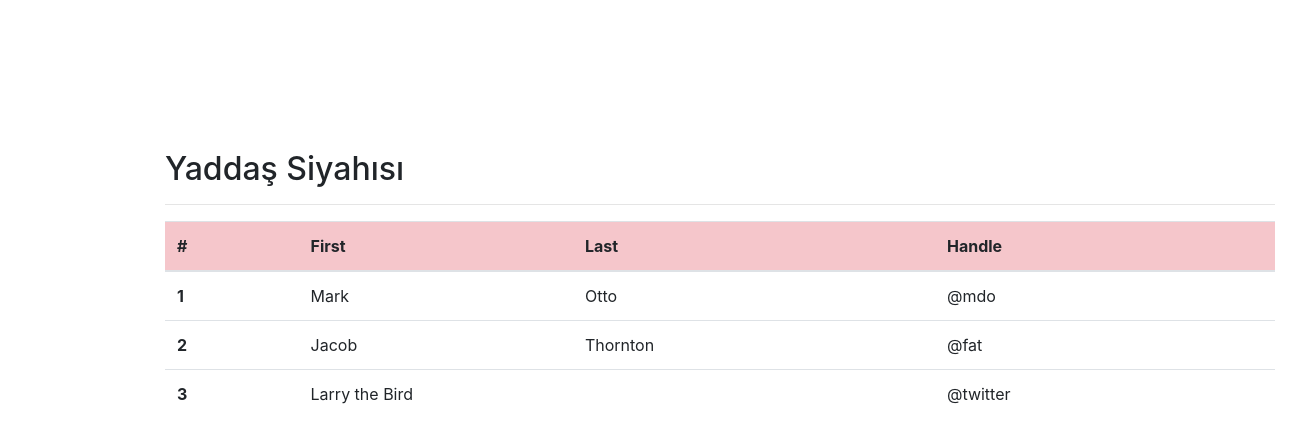
Repository: elvinyeka/ToDoApp
Page: http://localhost/
An editor plug-in stored every save of this project. The page is shown before and after the next save, followed by the edit.
The browser window is 1280 px wide. The page is 1290 px wide, so the pictures cover 1290 px, including what lies to the right of the window. The pictures show the whole page.
Some web libraries are served in a nearby version. The page is served by the project's application, run on Flask 3 (todo.py).

Above is the page before, as saved 2020-09-27 19:46:53.

After the next save:
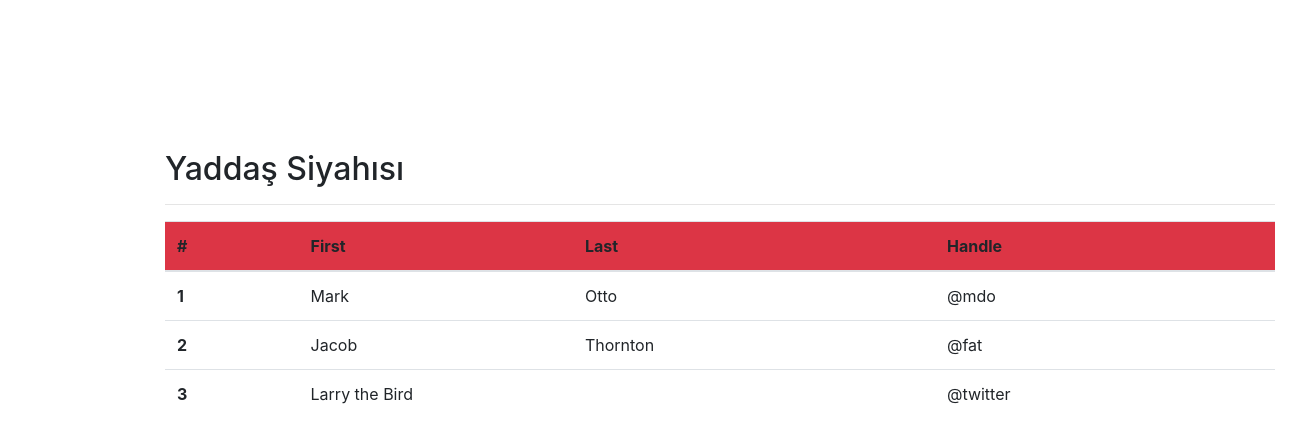
Saved 118 s later.
--- a/templates/index.html
+++ b/templates/index.html
@@ -13,7 +13,7 @@
         <h2>Yaddaş Siyahısı</h2>
         <hr>
         <table class="table table-hover">
-            <thead class="table-danger">
+            <thead class="bg-danger">
                 <tr>
                     <th scope="col">#</th>
                     <th scope="col">First</th>
